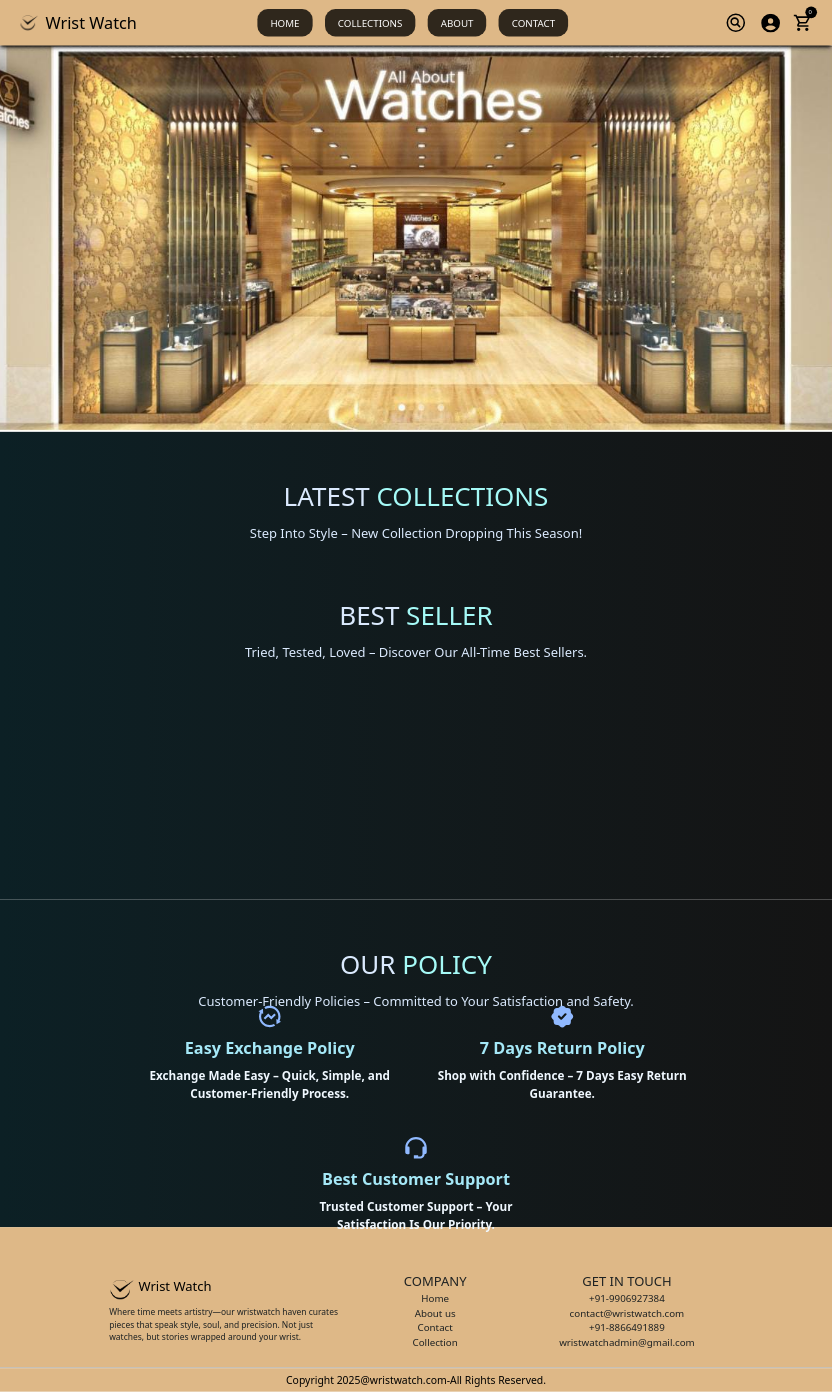
Repository: mansibhanushali/online_watch_ecommerce_mernstack_webapplication
Page: / (app in frontend/)
The author's editor kept a copy of each file at every save. The page is drawn from the files as they stood at one save, then again after the next save.
The browser window is 1280 px wide. The pictures show the whole page, at 65% of full size.
The page's requests for data from a server got no answer. The project was rebuilt for these pictures with package versions that can differ from the ones it lists, and the page was loaded fresh each time. No one was signed in, and anything a server would have sent is missing. Also part of the build but not shown: frontend/vite.config.js, frontend/src/component/Loading.jsx, frontend/src/pages/Registration.jsx, frontend/src/component/Card.jsx, frontend/src/pages/Login.jsx, frontend/src/pages/About.jsx, frontend/src/pages/Collections.jsx, frontend/src/pages/Contact.jsx and 6 more.

Above is the page before, as saved 2025-08-15 22:33:15.

After the next save:
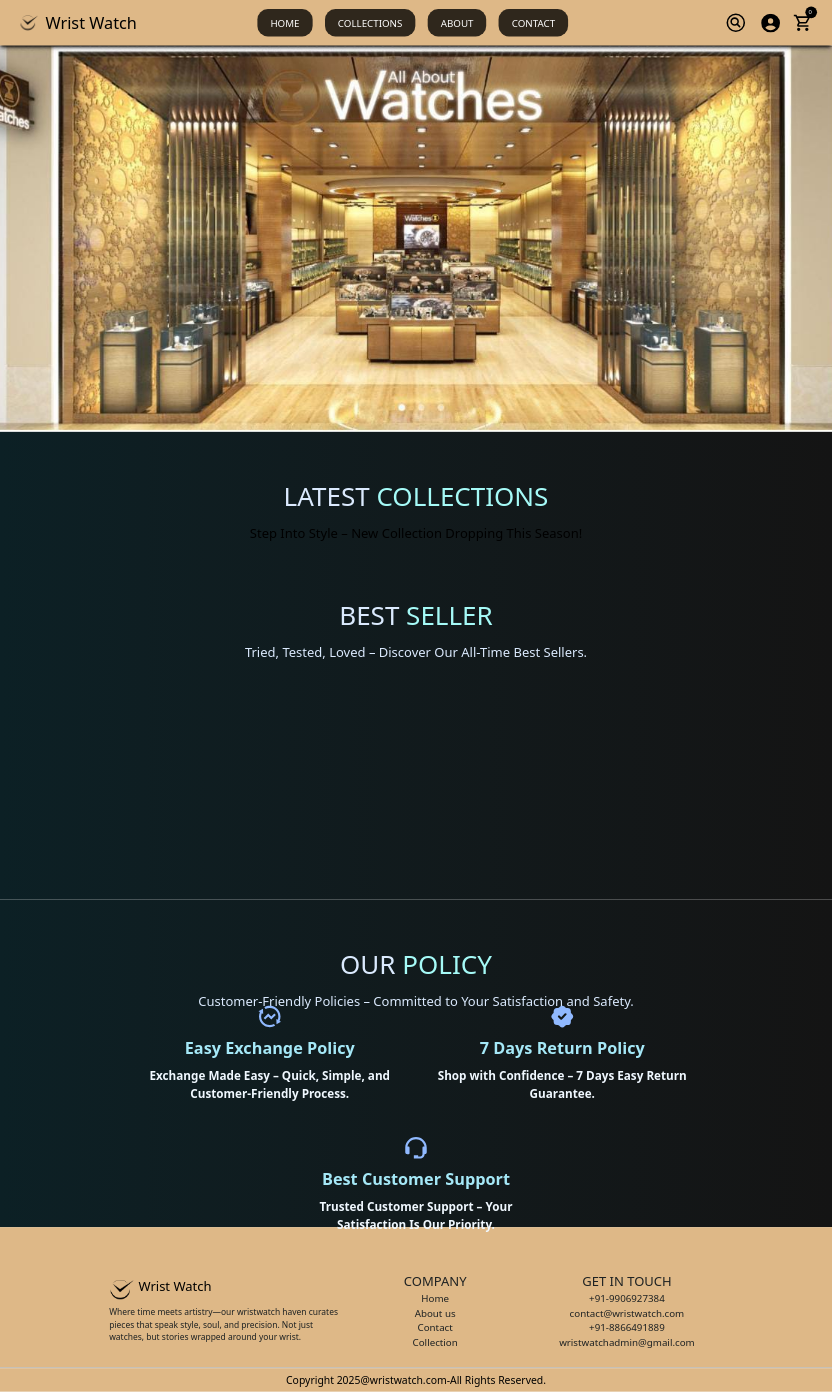
Saved 70 s later.
--- a/frontend/src/component/LatestCollection.jsx
+++ b/frontend/src/component/LatestCollection.jsx
@@ -15,7 +15,7 @@ function LatestCollection() {
     <div>
       <div className='h-[8%] w-[100%] text-center md:mt-[50px]  '>
         <Title text1={"LATEST"} text2={"COLLECTIONS"}/>
-        <p className='w-[100%] m-auto text-[13px] md:text-[20px] px-[10px] text-blue-100 '>Step Into Style – New Collection Dropping This Season!</p>
+        <p className='w-[100%] m-auto text-[13px] md:text-[20px] px-[10px] text-black'>Step Into Style – New Collection Dropping This Season!</p>
       </div>
       <div className='w-[100%] h-[50%] mt-[30px] flex items-center justify-center flex-wrap gap-[50px]'>
         {
